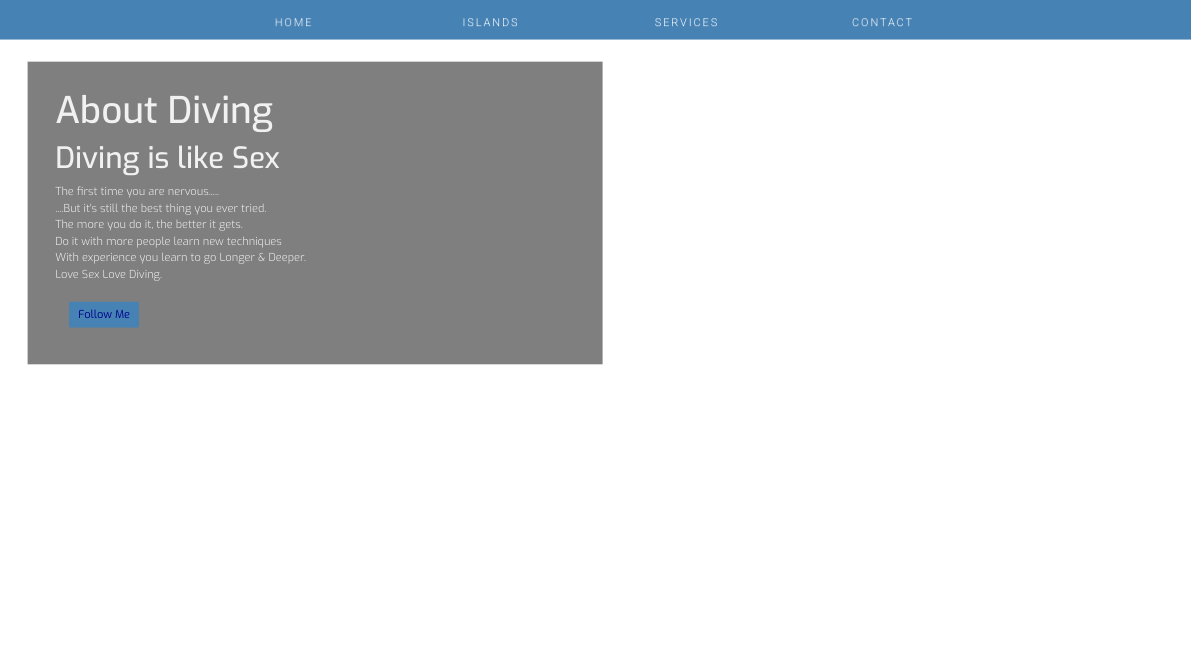
Repository: Code-Institute-Submissions/cathyann-diving.github.io
Page: home.html
The author's editor kept a record of every edit. The page is drawn from the files as they stood at one moment, then again after the next edit.
The browser window is 1280 px wide. The page is 1295 px wide, so the pictures cover 1295 px, including what lies to the right of the window. The pictures show the whole page, at 92% of full size.

Above is the page before.

### home.html
<!DOCTYPE html>
<html lang="en">

<head>
    <meta charset="UTF-8">
    <meta name="viewport" content="width=device-width, initial-scale=1.0">
    <meta http-equiv="X-UA-Compatible" content="ie=edge">
    <link rel="stylesheet" href="https://stackpath.bootstrapcdn.com/bootstrap/4.3.1/css/bootstrap.min.css" type="text/css">
    <link rel="stylesheet" href="https://stackpath.bootstrapcdn.com/font-awesome/4.7.0/css/font-awesome.min.css" type="text/css">
    <link rel="stylesheet" href="https://cdnjs.cloudflare.com/ajax/libs/hover.css/2.3.1/css/hover-min.css" type="text/css">
    <link rel="stylesheet" href="assets/css/style.css" type="text/css">
    <title>Diving</title>
</head>

<body>
    <div class="row">
        <div class="navbar">
            <div class="col">
                <ul id="nav" class="list-inline menucontainer">
                    <li class="col-0 col-sm-0 col-lg-2 list-inline-item menuitem"></li>
                    <li class="col-6 col-sm-3 col-lg-2 list-inline-item menuitem">
                        <a href="home.html" class="hvr-sweep-to-bottom"><span>Home</span></a>
                    </li>
                    <li class="col-6 col-sm-3 col-lg-2 list-inline-item menuitem">
                        <a href="islands.html" class="hvr-sweep-to-bottom"><span>Islands</span></a>
                    </li>
                    <li class="col-6 col-sm-3 col-lg-2 list-inline-item menuitem">
                        <a href="services.html" class="hvr-sweep-to-bottom"><span>Services</span></a>
                    </li>
                    <li class="col-6 col-sm-3 col-lg-2 list-inline-item menuitem">
                        <a href="contact.html" class="hvr-sweep-to-bottom"><span>Contact</span></a>
                    </li>
                    <li class="col-0 col-sm-0 col-lg-2 list-inline-item menuitem"></li>
                </ul>
            </div>
        </div>
    </div>
    <div class="col">
        <div class="main container" id="Home">
            <img src="#" alt="">
            <div class="content col-12 col-sm-6 col-lg-6">
                <h1>About Diving</h1>
                <h2>Diving is like Sex</h2>
                <p>The first time you are nervous.....<br> ....But it's still the best thing you ever tried.<br> The more you do it, the better it gets.<br> Do it with more people learn new techniques<br> With experience you learn to go Longer & Deeper.<br>                    Love Sex Love Diving.
                </p>
                <div class="container">
                    <button type="button" class="button">Follow Me</button>
                </div>
            </div>
        </div>
    </div>
    </div>






</body>

</html>

### assets/css/style.css
@import url('https://fonts.googleapis.com/css?family=Roboto:100,200,300,400,500,600,700|Exo:100,200,300,400,500,600,700');

/*--------------------------------------------bg image */

.bg-landing {
    position: fixed;
    background-image: url("../images/jellyfish.jpg");
    display: inline-block;
    background-position: center;
    background-repeat: no-repeat;
    background-size: cover;
    height: 100%;
    width: 100%;
    transition: all .5s ease-in-out;
    -moz-transition: all .5s ease-in-out;
    -webkit-transition: all .5s ease-in-out;
}

.bg-home {
    position: fixed;
    background-image: url("../images/diver.jpg");
    display: inline-block;
    background-position: center;
    background-repeat: no-repeat;
    background-size: cover;
    height: 100%;
    width: 100%;
    transition: all .5s ease-in-out;
    -moz-transition: all .5s ease-in-out;
    -webkit-transition: all .5s ease-in-out;
}

.bg-islands {
    position: fixed;
    background-image: url("../images/beach.jpg");
    display: inline-block;
    background-position: center;
    background-repeat: no-repeat;
    background-size: cover;
    height: 100%;
    width: 100%;
    transition: all .5s ease-in-out;
    -moz-transition: all .5s ease-in-out;
    -webkit-transition: all .5s ease-in-out;
}

.bg-services {
    position: fixed;
    background-image: url("../images/nemo.jpg");
    display: inline-block;
    background-position: center;
    background-repeat: no-repeat;
    background-size: cover;
    height: 100%;
    width: 100%;
    transition: all .5s ease-in-out;
    -moz-transition: all .5s ease-in-out;
    -webkit-transition: all .5s ease-in-out;
}

.bg-contact {
    position: fixed;
    background-image: url("../images/sea.jpg");
    display: inline-block;
    background-position: center;
    background-repeat: no-repeat;
    background-size: cover;
    height: 100%;
    width: 100%;
    transition: all .5s ease-in-out;
    -moz-transition: all .5s ease-in-out;
    -webkit-transition: all .5s ease-in-out;
}

/*--------------------------------------------btn */

.btn {
    position: absolute;
    top: 50%;
    left: 50%;
    transform: translate(-50%, -50%);
    -ms-transform: translate(-50%, -50%);
    background-color: #6495ed;
    color: #00008B;
    font-size: 16px;
    font-family: "Roboto", sans-serif;
    font-weight: 400;
    padding: 10px 30px;
    border: none;
    border-radius: 5px;
    text-align: center;
}

.btn span {
    display: inline-block;
    position: relative;
    transition: 0.5s;
}

.btn span:after {
    content: '\00bb';
    position: absolute;
    opacity: 0;
    top: 0;
    right: -20px;
    transition: 0.5s;
}

.btn:hover span {
    padding-right: 25px;
}

.btn:hover span:after {
    opacity: 1;
    right: 0;
}

.button {
    margin-top: 5px;
    margin-bottom: 10px;
    color: #00008B;
    background-color: #4682B4;
    padding: 5px 10px;
    border: none;
    font-family: "EXO", sans-serif;
}

.button a {
    text-decoration: none;
}

/*--------------------------------------------navbar */

.navbar {
    background-color: #4682B4;
    top: 0;
    width: 100%;
    padding: 0px;
}

.navbar a {
    display: block;
    color: #fff;
    text-align: center;
    padding: 10px 18px;
    text-decoration: none;
    font-size: 12px;
}

#nav li {
    font-size: 12px;
    padding: 0;
}

#nav {
    margin: 0;
}

.menuitem span {
    display: block;
    width: 100%;
    padding-top: 5px;
    text-align: center;
    text-transform: uppercase;
    font-family: "Roboto", sans-serif;
    font-size: 12px;
    font-weight: 300;
    letter-spacing: 2px;
}

.list-inline-item:not(:last-child) {
    margin: 0;
}

.menucontainer {
    font-size: 0;
}

/*--------------------------------------------Hover.css*/

.hvr-sweep-to-bottom:before {
    background: #008B8B;
    height: 100%;
    color: black;
}


/*--------------------------------------------Content */

.container {
    position: relative;
    max-width: 100%;
    margin: auto;
    height: 50%;
}


.container .content {
    position: absolute;
    background: rgb(0, 0, 0, 0.5);
    color: #f1f1f1;
    font-family: "EXO", sans-serif;
    font-size: 12px;
    font-weight: 300;
    padding: 30px;
}

.islands-intro {
    position: relative;
    margin: auto;
    max-width: 80%;
    color: #fff;
}

.islands-intro .contents {
    background: rgb(0, 0, 0, 0.5);
    color: #f1f1f1;
    font-family: "EXO", sans-serif;
    font-size: 12px;
    font-weight: 300;
    padding: 20px;
    text-align: justify;
}

.dive-center {
    position: relative;
    max-width: 50%;
    margin: 20px;
    background: rgb(0, 0, 0, 0.5);
    color: #f1f1f1;
    font-family: "EXO", sans-serif;
    font-size: 12px;
    font-weight: 300;
    padding: 20px;
    text-align: left;
}


/*--------------------------------------------Contact Form */

h3 {
    margin: 10px;
}

.contact-heading {
    font-family: "Exo", sans-serif;
    font-weight: 300;
    color: #fff;
}

.center-form {
    padding: 10px;
    margin: 0 auto;
    max-width: 40%;
}

button[type="submit"] {
    margin-top: 30px;
    margin-bottom: 20px;
    color: #fafafa;
    background-color: #4682B4;
}

.form-control {
    border: 1px solid black;
    font-family: inherit;
    background-color: #B0C4DE;
}


.social-links {
    position: relative;
    padding-bottom: 10px;
}

.social-links li a i {
    width: 32px;
    height: 32px;
    padding: 10px 0;
    border-radius: 50%;
    font-size: 13px;
    line-height: 7px;
    text-align: center;
    color: #fafafa;
    background: #8f8f8f;
    transition: all 0.35s ease-in-out;
    -moz-transition: all 0.35s ease-in-out;
    -webkit-transition: all 0.35s ease-in-out;
    -o-transition: all 0.35s ease-in-out;
}

.social-links li a i:hover {
    background: #e84610;
}

.uppercase {
    text-transform: uppercase;
}

.list-inline {
    text-align: center;
}

/*--------------------------------------------islands heading */

.islands-intro {
    padding: 30px;
}



/*--------------------------------------------media */

@media(max-width: 576px) {
    .dive-center {
        max-width: 100%;
    }

    .center-form {
        padding: 10px;
        margin: 0 auto;
        max-width: 70%;
    }

    .container-contact {
        height: 80%;
        width: 80%;
    }
}

}

After the next edit:
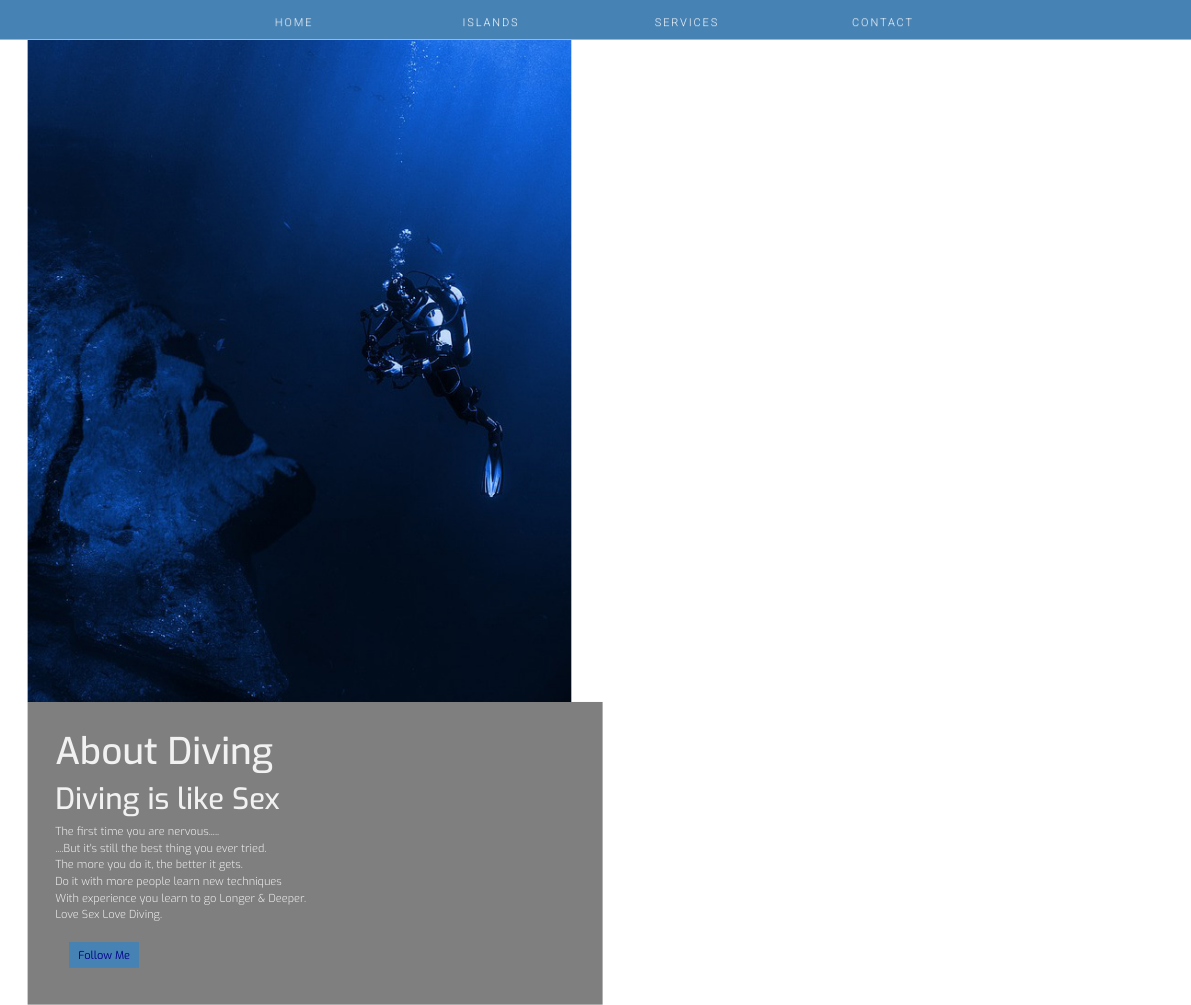
The edit:
--- a/home.html
+++ b/home.html
@@ -36,8 +36,8 @@
         </div>
     </div>
     <div class="col">
-        <div class="main container" id="Home">
-            <img src="#" alt="">
+        <div class="container" id="Home">
+            <img src="diver.jpg" alt="diver">
             <div class="content col-12 col-sm-6 col-lg-6">
                 <h1>About Diving</h1>
                 <h2>Diving is like Sex</h2>
